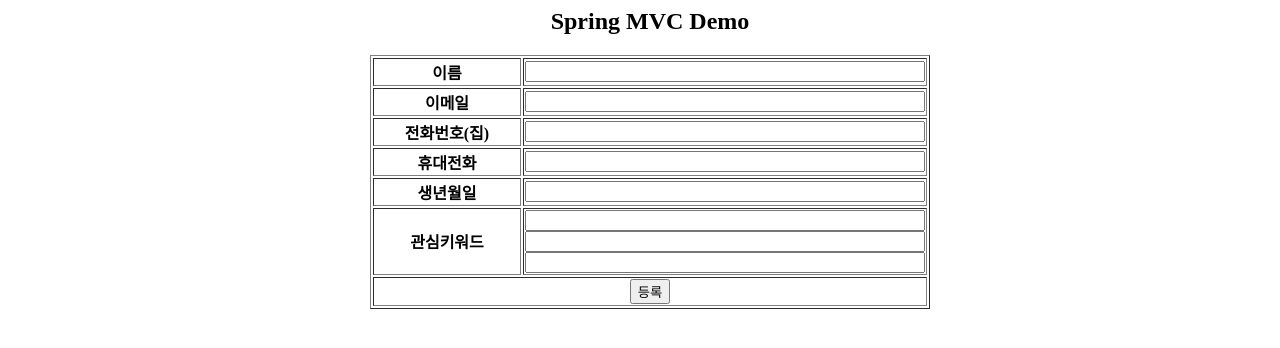
Repository: yeobinJeong/SpringFrameWork
Page: http://localhost/11.spring.mvc4/
The author's editor kept a copy of each file at every save. The page is drawn from the files as they stood at one save, then again after the next save.
The browser window is 1280 px wide. The pictures show the whole page.
The page is served by Tomcat 9.

Above is the page before, as saved 2016-05-18 07:39:24.

After the next save:
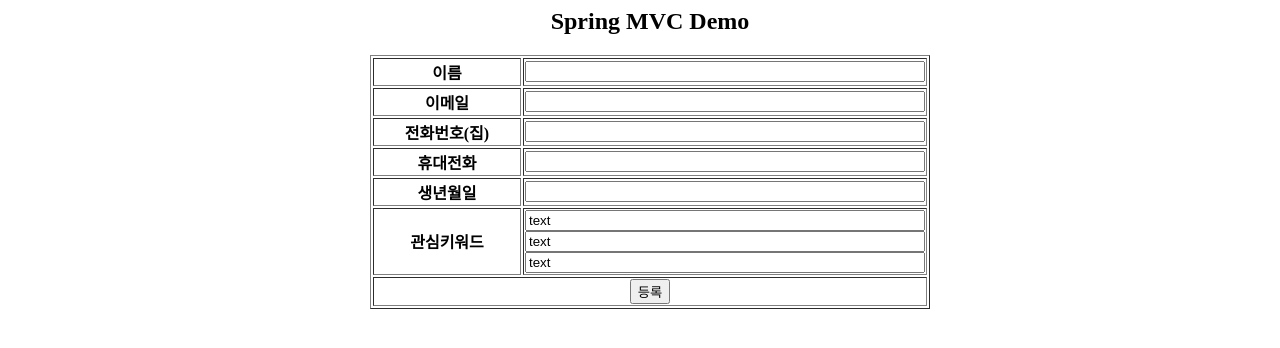
Saved 14 s later.
--- a/11.spring.mvc4/src/main/webapp/WEB-INF/views/home.jsp
+++ b/11.spring.mvc4/src/main/webapp/WEB-INF/views/home.jsp
@@ -31,9 +31,9 @@
 			<tr>
 				<th style="width:150px">관심키워드</th>
 				<td>
-					<input type="text" name="tags[0]" style="width:400px"><br />
-					<input type="text" name="tags[1]" style="width:400px"><br />
-					<input type="text" name="tags[2]" style="width:400px">
+					<input value="text" name="tags[0]" style="width:400px"><br />
+					<input value="text" name="tags[1]" style="width:400px"><br />
+					<input value="text" name="tags[2]" style="width:400px">
 				</td>
 			</tr>
 			<tr>
